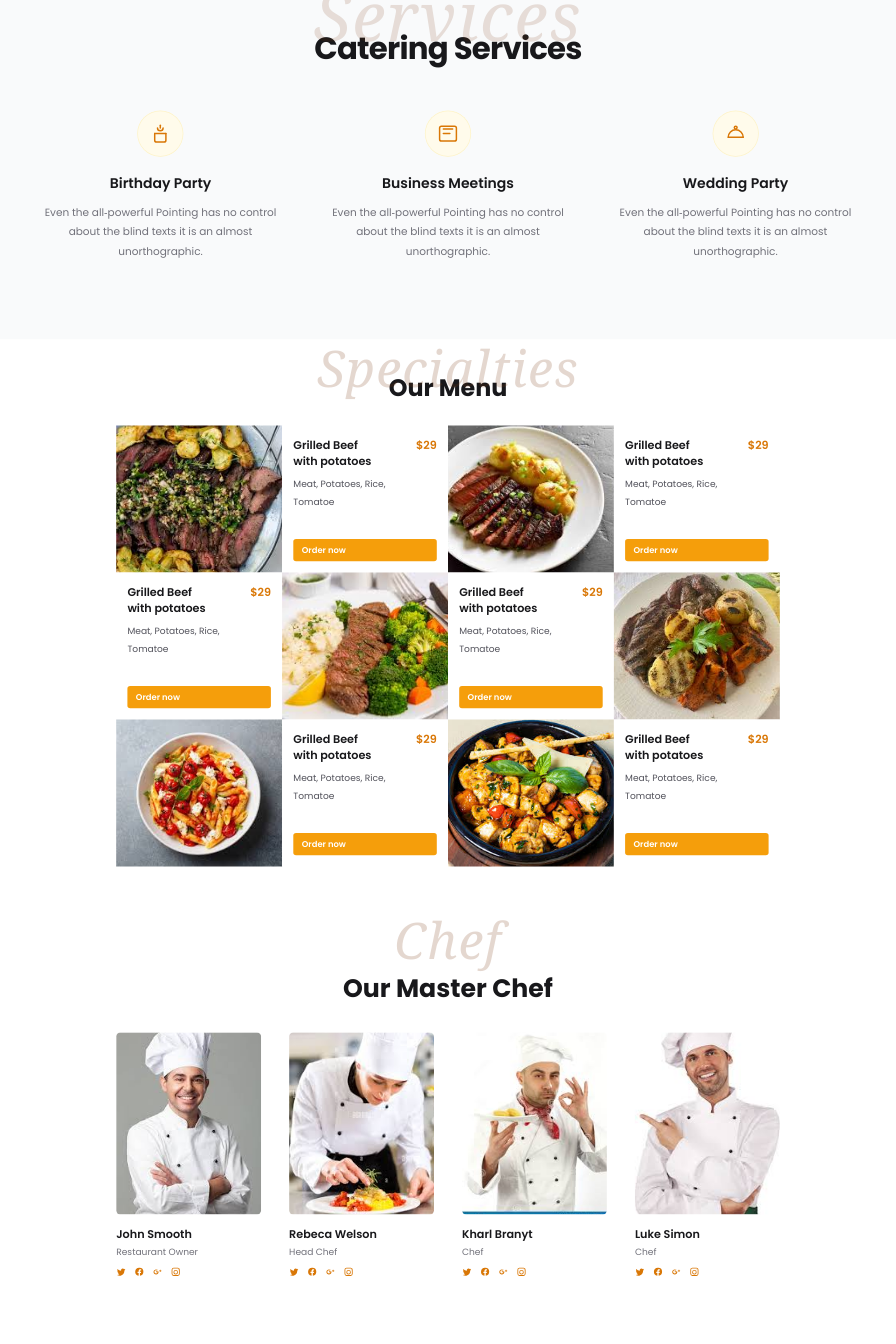
Repository: Purniagithub/Benttacproject
Page: /
An editor plug-in stored every save of this project. The page is shown before and after a run of saves, followed by the edit.
The browser window is 1280 px wide. The pictures show the part of the page from y = 1227 to 3147 px (the page is 3147 px tall), at 70% of full size.
Some web fonts or font styles are not loaded; a fallback is used. The project was rebuilt for these pictures with package versions that can differ from the ones it lists, and the page was loaded fresh each time. Also part of the build but not shown: vite.config.js.

Above is the page before, as saved 2025-08-21 18:36:54.

After the next 3 saves:
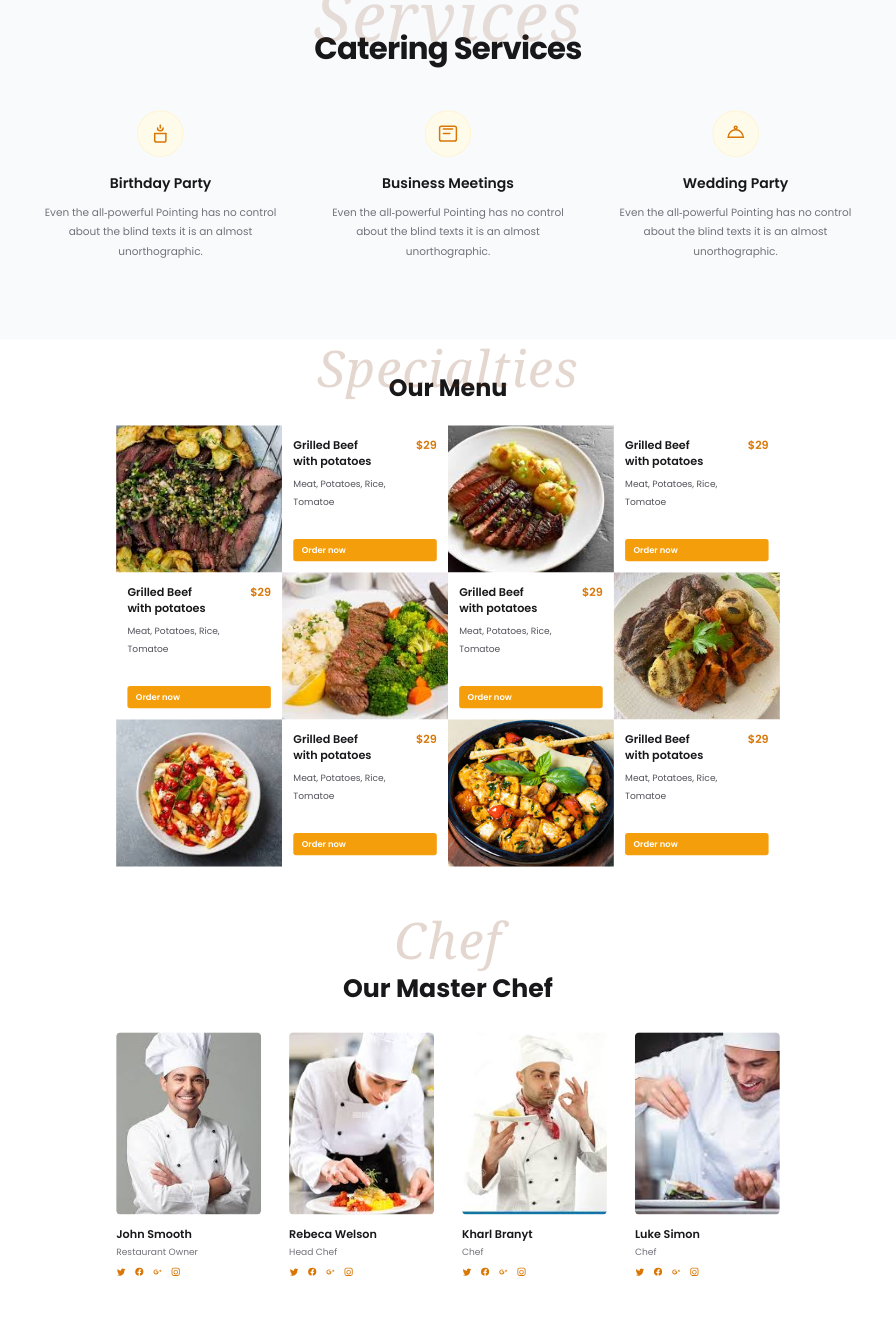
The 3 saves are shown as one change because they came seconds apart.
The last was saved 14 s later.
--- a/src/components/MasterChef.jsx
+++ b/src/components/MasterChef.jsx
@@ -44,7 +44,7 @@ const chefs = [
   {
     name: "Luke Simon",
     role: "Chef",
-    src: "/chef-8.jpeg",
+    src: "/chef-4.jpeg",
     alt: "Chef Luke Simon",
   },
 ];
